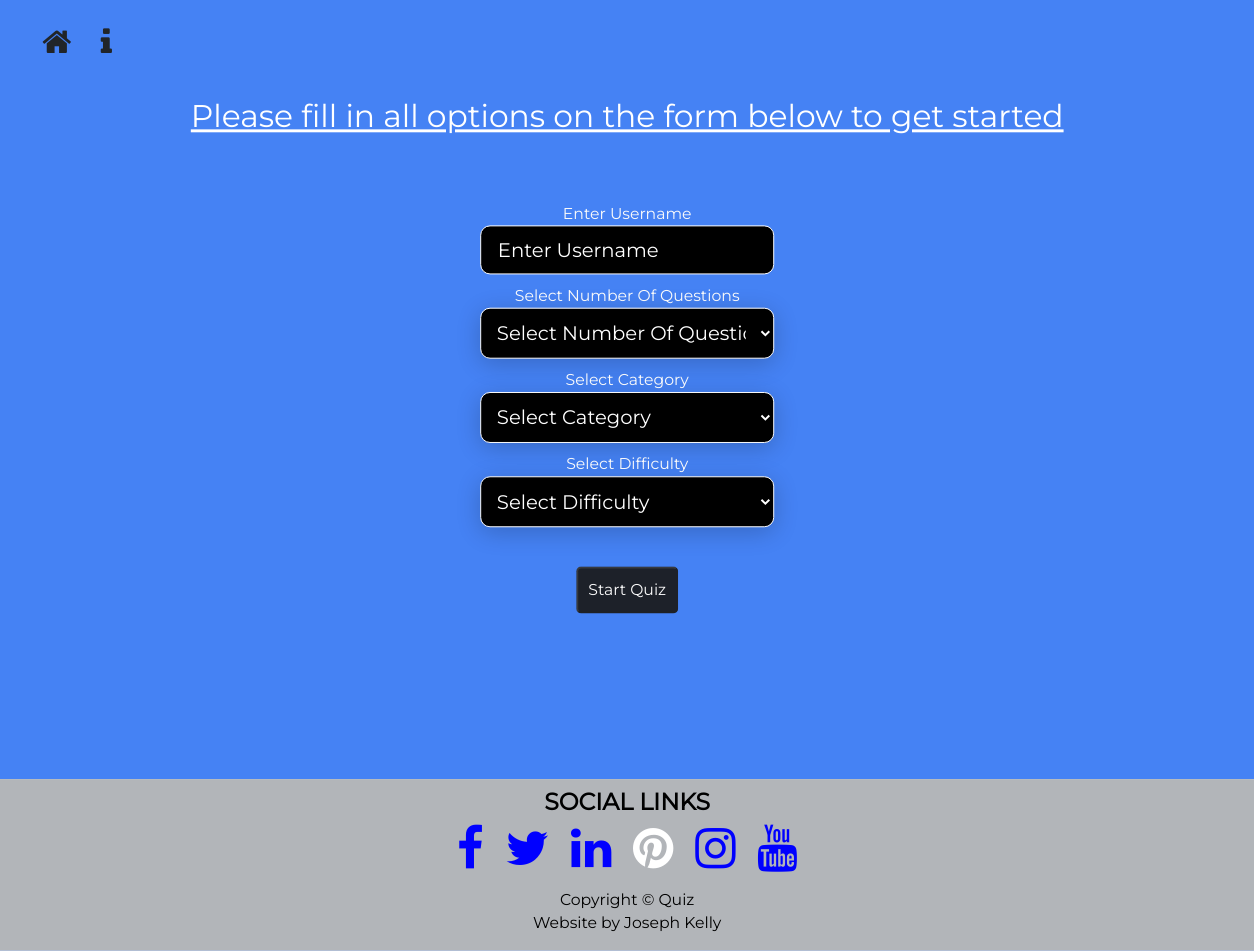
Repository: Code-Institute-Submissions/quiz-1
Page: load.html
The author's editor kept a record of every edit. The page is drawn from the files as they stood at one moment, then again after the next edit.
The browser window is 1280 px wide. The pictures show the whole page, at 98% of full size.

Above is the page before.

### load.html
<!DOCTYPE html>
<html lang="en">

<head>
    <meta charset="UTF-8">
    <meta name="viewport" content="width=device-width, initial-scale=1.0">
    <meta http-equiv="X-UA-Compatible" content="ie=edge">
    <link rel="stylesheet" href="https://stackpath.bootstrapcdn.com/bootstrap/4.4.1/css/bootstrap.min.css" type="text/css" />
    <link rel="stylesheet" href="https://stackpath.bootstrapcdn.com/font-awesome/4.7.0/css/font-awesome.min.css" type="text/css" />
    <link href="https://fonts.googleapis.com/css2?family=Montserrat&display=swap" rel="stylesheet">
    <link rel="stylesheet" href="assets/css/style.css" type="text/css" />
    <script src="https://cdnjs.cloudflare.com/ajax/libs/jquery/3.5.0/jquery.min.js" integrity="sha256-xNzN2a4ltkB44Mc/Jz3pT4iU1cmeR0FkXs4pru/JxaQ=" crossorigin="anonymous"></script>
    <script src="assets/js/load.js"></script>
    <script src="assets/js/buttons.js"></script>
    <script src="assets/js/modal-timer.js"></script>
    <script src="assets/js/api-value.js"></script>
    <title>Quiz Time</title>
</head>

<body>
    <div class="container-fluid background-load">
        <div>
            <div class="container-fluid buttons">
                <!-- button that takes user to homepage -->
                <button class="btn" onclick="home()"><i class="fa fa-home fa-2x"></i></button>
                <!-- button that displays instructions modal -->
                <button class="btn" data-toggle="modal" data-target="#instructions"><i class="fa fa-info fa-2x"></i></button>
            </div>
            <div class="modal fade" id="instructions" tabindex="-1" role="dialog" aria-hidden="true">
                <div class="modal-dialog modal-dialog-centered" role="document">
                    <div class="modal-content">
                        <div class="modal-header">
                            <h2 class="modal-title" id="exampleModalLongTitle">Instructions</h2>
                        </div>
                        <div class="modal-body">
                            <!-- paragraph with instructions -->
                            <p> Quiz time is a simple multiple choice quiz. When the quiz page is loaded the question will be displayed at the top and the 4 choices will
                                be displayed below. The restart button will restart the quiz with different questions but the same category and difficulty. When you think you have the correct answer click the corresponding button and if it's correct a green tick will pop up,
                                and a red x will be displayed if it's incorrect. After answering  the question click on the next button to go to the next question, you have to answer the current
                                question before the next one can be displayed. There is a time limit, depending on how many questions you choose (1 minute per 5 questions) and the game will end
                                when the timer runs out.
                            </p>
                        </div>
                        <div class="modal-footer">
                            <!-- button that closes modal -->
                            <button type="button" class="btn btn-primary" data-dismiss="modal">Close</button>
                        </div>
                    </div>
                </div>
            </div>
            <div>
                <h2 class="form-heading">Please fill in all options on the form below to get started</h2>
            </div>
            <form class="option-select">
                <div class="box">
                    <!-- text input for username -->
                    <p class="prompt">Enter Username</p>
                    <input type="text" name="username" id="username" placeholder="Enter Username" class="username" oninput="getUsername()" required/>
                </div>
                <div class="box">
                    <!-- dropdown list where user selects the number of questions -->
                    <p class="prompt">Select Number Of Questions</p>
                    <select class="select-amount" id="amount" required onchange="apiValues(); formCompletion()">
                        <option value="" data-amount="0" disabled selected hidden>Select Number Of Questions</option>
                        <option data-amount="5">5</option>
                        <option data-amount="10">10</option>
                        <option data-amount="15">15</option>
                        <option data-amount="20">20</option>
                    </select>
                </div>
                <div class="box">
                    <!-- dropdown list where user chooses category -->
                    <p class="prompt">Select Category</p>
                    <select class="select-category" id="category" required onchange="apiValues(); formCompletion()">
                        <option value="" data-category="0" disabled selected hidden>Select Category</option>
                        <option data-category="9">General Knowledge</option>
                        <option data-category="10">Books</option>
                        <option data-category="11">Films</option>
                        <option data-category="12">Music</option>
                        <option data-category="13">Musicals</option>
                        <option data-category="14">Television</option>
                        <option data-category="15">Video Games</option>
                        <option data-category="16">Board Games</option>
                        <option data-category="17">Science & Nature</option>
                        <option data-category="18">Computers</option>
                        <option data-category="19">Mathematics</option>
                        <option data-category="20">Mythology</option>
                        <option data-category="21">Sports</option>
                        <option data-category="22">Geography</option>
                        <option data-category="23">History</option>
                        <option data-category="24">Politics</option>
                        <option data-category="25">Art</option>
                        <option data-category="26">Celebrities</option>
                        <option data-category="27">Animals</option>
                        <option data-category="28">Vehicles</option>
                    </select>
                </div>
                <div class="box">
                    <!-- dropdown list where user selects difficulty -->
                    <p class="prompt">Select Difficulty</p>
                    <select class="select-difficulty" id="difficulty" required onchange="apiValues(); formCompletion()">
                        <option value="" data-difficulty="0" disabled selected hidden>Select Difficulty</option>
                        <option data-difficulty="easy">Easy</option>
                        <option data-difficulty="medium">Medium</option>
                        <option data-difficulty="hard">Hard</option>
                    </select>
                </div>
                <!-- button that starts quiz -->
                <div class="container-fluid load">
                    <button type="button" onclick="timeDelay(); timer()" id="start-button" class="start-button" data-toggle="modal" disabled="disabled" data-target="#countdown-modal">
                      Start Quiz
                    </button>
                </div>
            </form>
        </div>
        <!-- modal that pops up after start button is clicked -->
        <div class="modal fade" id="countdown-modal" tabindex="-1" role="dialog" aria-hidden="true">
            <div class="modal-dialog modal-dialog-centered" role="document">
                <div class="modal-content">
                    <div class="modal-header">
                        <h3>Quiz Starts in</h3>
                    </div>
                    <div class="modal-body">
                        <div class="countdown">
                            <div class="square">
                                    <!-- where the modal timer is displayed -->
                                <div class="digits" id="cd-sec">5</div>
                            </div>
                        </div>
                    </div>
                </div>
            </div>
        </div>
    </div>
    <footer class="container-fluid">
        <div id="footer-details" class="row">
            <div class="col-sm">
                <h4 class="uppercase footer-info">Social Links</h4>
                <ul class="list-inline social-links">
                    <li class="list-inline-item">
                        <a target="_blank" href="#">
                            <i class="fa fa-facebook fa-3x icon" aria-hidden="true"></i>
                            <span class="sr-only">Facebook</span>
                        </a>
                    </li>
                    <li class="list-inline-item">
                        <a target="_blank" href="#">
                            <i class="fa fa-twitter fa-3x icon"  aria-hidden="true"></i>
                            <span class="sr-only">Twitter</span>
                        </a>
                    </li>
                    <li class="list-inline-item">
                        <a target="_blank" href="#">
                            <i class="fa fa-linkedin fa-3x icon"  aria-hidden="true"></i>
                            <span class="sr-only">LinkedIn</span>
                        </a>
                    </li>
                    <li class="list-inline-item">
                        <a target="_blank" href="#">
                            <i class="fa fa-pinterest fa-3x"  aria-hidden="true"></i>
                            <span class="sr-only">pinterest</span>
                        </a>
                    </li>
                    <li class="list-inline-item">
                        <a target="_blank" href="#">
                            <i class="fa fa-instagram fa-3x icon"  aria-hidden="true"></i>
                            <span class="sr-only">Instagram</span>
                        </a>
                    </li>
                    <li class="list-inline-item">
                        <a target="_blank" href="#">
                            <i class="fa fa-youtube fa-3x icon"  aria-hidden="true"></i>
                            <span class="sr-only">Youtube</span>
                        </a>
                    </li>
                </ul>
                <div class="copyright">
                    <p>Copyright &#169; Quiz<br>Website by Joseph Kelly</p>
                </div>
            </div>
        </div>
    </footer>
    <script src="https://code.jquery.com/jquery-3.3.1.slim.min.js" integrity="sha384-q8i/X+965DzO0rT7abK41JStQIAqVgRVzpbzo5smXKp4YfRvH+8abtTE1Pi6jizo" crossorigin="anonymous"></script>
    <script src="https://cdnjs.cloudflare.com/ajax/libs/popper.js/1.14.7/umd/popper.min.js" integrity="sha384-UO2eT0CpHqdSJQ6hJty5KVphtPhzWj9WO1clHTMGa3JDZwrnQq4sF86dIHNDz0W1" crossorigin="anonymous"></script>
    <script src="https://stackpath.bootstrapcdn.com/bootstrap/4.3.1/js/bootstrap.min.js" integrity="sha384-JjSmVgyd0p3pXB1rRibZUAYoIIy6OrQ6VrjIEaFf/nJGzIxFDsf4x0xIM+B07jRM" crossorigin="anonymous"></script>
</body>

</html>

### assets/css/style.css
body {
  font-family: 'Montserrat', sans-serif;
}

a {
  color: white;
  text-decoration: none !important;
}

a:visited {
  color: white;
}

a:hover {
  color: white;
}

a:active {
  color: white;
}

/*--------------------------- home --------------- */

.home {
  background-color: #4582F4;
  height: 815px;
}

.background-load {
  background-color: #4582F4;
  height: 795px;
}

.background-quiz {
  background-color: #4582F4;
  height: 795px;
}

.background-leaderboard {
  background-color: #4582F4;
  height: 795px;
}

.info {
  font-family: 'Montserrat', sans-serif;
  text-align: center;
  padding-top: 40px;
  width: 70%;
  margin: auto;
  color: white;
}

.load {
  display: flex;
  justify-content: center;
  align-items: center;
  padding-top: 40px;
  padding-bottom: 40px;
}

.load-button {
  background-color: #1D2129;
  text-decoration: none;
  color: #fafafa;
  padding: 10px;
  border-radius: 5px;
}

/*--------------------------- animation --------------- */

.quiz-time {
  text-align: center;
  padding-top: 150px;
  width: 100vw;
  font-family: 'Montserrat', sans-serif;
  display: flex;
  justify-content: center;
  align-items: center;
  margin: -20px;
}

.animation span {
  position: relative;
  top: 20px;
  display: inline-block;
  animation: bounce 0.3s ease infinite alternate;
  font-size: 100px;
  color: #fff;
  text-shadow: 0 1px 0 #ccc, 0 2px 0 #ccc, 0 3px 0 #ccc, 0 4px 0 #ccc,
  0 5px 0 #ccc, 0 6px 0 transparent, 0 7px 0 transparent, 0 8px 0 transparent,
  0 9px 0 transparent, 0 10px 10px rgba(0, 0, 0, 0.4);
}

.animation span:nth-child(2) {
  animation-delay: 0.1s;
}

.animation span:nth-child(3) {
  animation-delay: 0.2s;
}

.animation span:nth-child(4) {
  animation-delay: 0.3s;
}

.animation span:nth-child(5) {
  animation-delay: 0.4s;
}

.animation span:nth-child(6) {
  animation-delay: 0.5s;
}

.animation span:nth-child(7) {
  animation-delay: 0.6s;
}

.animation span:nth-child(8) {
  animation-delay: 0.2s;
}

.animation span:nth-child(9) {
  animation-delay: 0.3s;
}

.animation span:nth-child(10) {
  animation-delay: 0.4s;
}

.animation span:nth-child(11) {
  animation-delay: 0.5s;
}

.animation span:nth-child(12) {
  animation-delay: 0.6s;
}

.animation span:nth-child(13) {
  animation-delay: 0.7s;
}

.animation span:nth-child(14) {
  animation-delay: 0.8s;
}

/* ANIMATION */

@-webkit-keyframes bounce {
  100% {
    top: -20px;
    text-shadow: 0 1px 0 #ccc, 0 2px 0 #ccc, 0 3px 0 #ccc, 0 4px 0 #ccc,
    0 5px 0 #ccc, 0 6px 0 #ccc, 0 7px 0 #ccc, 0 8px 0 #ccc, 0 9px 0 #ccc,
    0 50px 25px rgba(0, 0, 0, 0.2);
  }
}

/*--------------------------- footer --------------- */

footer {
  color: #fafafa;
  padding-top: 10px;
  background-color: #B2B5B9;
  display: inline-block;
  position: relative;
}

.footer-info {
  font-weight: bold;
  text-align: center;
  color: #000000;
}

.list-inline-item {
  margin-left: 10px;
  margin-right: 10px;
}

.uppercase {
  text-transform: uppercase;
}

.social-links {
  text-align: center;
  color: #000000;
}

.copyright {
  text-align: center;
  color: #000000;
}

.icon {
  color: blue;
}

/*--------------------------- Quiz Loading --------------- */

.prompt {
  text-align: center;
  color: #fafafa;
  margin-bottom: 0;
  padding-top: 10px;
}

.start-button {
  background-color: #1D2129;
  text-decoration: none;
  color: #fafafa;
  padding: 10px;
  border-radius: 5px;
}

.form-heading {
  padding-top: 100px;
  text-align: center;
  color: white;
  text-decoration: underline;
}

.option-select {
  display: block;
  margin-right: auto;
  margin-left: auto;
  padding-top: 50px;
}

::placeholder {
  color: white;
  padding-left: 15px;
  font-size: 20px;
}

.username {
  width: 300px;
  display: block;
  margin-left: auto;
  margin-right: auto;
  height: 50px;
  color: white;
  font-size: 20px;
  background-color: #000000;
  border: solid 1px;
  border-radius: 10px;
  border-color: white;
}

.box select {
  background-color: #000000;
  margin-left: auto;
  margin-right: auto;
  color: white;
  padding: 12px;
  width: 300px;
  border: solid 1px;
  border-radius: 10px;
  font-size: 20px;
  box-shadow: 0 5px 25px rgba(0, 0, 0, 0.2);
  outline: none;
  display: block;
}

.box:hover::before {
  color: rgba(255, 255, 255, 0.6);
  background-color: rgba(255, 255, 255, 0.2);
}

/*--------------------------- quiz timer --------------- */

.modal-header {
  margin-left: auto;
  margin-right: auto;
}

.countdown {
  margin: 0 auto;
  max-width: 350px;
  background: #ff0000;
  font-family: Impact, Charcoal, sans-serif;
  text-align: center;
}

.countdown .header {
  color: #c61d1d;
  text-align: center;
  font-weight: normal;
  margin: 5px 0 10px 0;
}

.countdown .square {
  display: inline-block;
  padding: 10px;
  margin: 5px;
}

.countdown .digits {
  font-size: 24px;
  background: #fff;
  color: #000;
  padding: 20px 10px;
  border-radius: 5px;
}

.countdown .text {
  margin-top: 10px;
  color: #ddd;
}

/*--------------------------- quiz page --------------- */

.carousel-control-next {
  position: absolute;
  height: 224px;
  align-items: flex-end;
}

.finish {
  width: 30%;
  margin-left: auto;
  margin-right: auto;
  display: block;
  text-align: center;
}

.image-display {
  margin-bottom: 20px;
  height: auto;
  width: 350px;
  padding-left: 50px;
  margin-left: auto;
  margin-right: auto;
}

.buttons {
  margin-top: 20px;
  float: right;
}

.countdown-quiz {
  margin: 0 auto;
  max-width: 350px;
  background: #ff0000;
  font-family: Impact, Charcoal, sans-serif;
  text-align: center;
  clear: both;
}

.countdown-quiz .header {
  color: #c61d1d;
  text-align: center;
  font-weight: normal;
  margin: 5px 0 10px 0;
}

.countdown-quiz .square {
  display: inline-block;
  padding: 10px;
  margin: 5px;
}

.countdown-quiz .digits {
  font-size: 24px;
  background: #fff;
  color: #000;
  padding: 20px 10px;
  border-radius: 5px;
}

.countdown-quiz .text {
  margin-top: 10px;
  color: #ddd;
}

.carousel-item {
  height: auto;
}

.question {
  padding-top: 20px;
  text-align: center;
  color: white;
}

.answer {
  padding-top: 20px;
  text-align: left;
  margin: auto;
  width: 400px;
  color: white;
}

/*--------------------------- Leaderboard page --------------- */

.leaderboard-title {
  text-align: center;
  padding-top: 30px;
  width: 100%;
  margin-left: auto;
  margin-right: auto;
  font-weight: bold;
  padding-top: 80px;
  color: white;
}

table {
  margin-top: 30px;
  margin-left: auto;
  margin-right: auto;
  width: 70%;
}

table,
th,
td {
  border: solid 1px black;
  background-color: white;
  text-align: center;
  width: 30%;
}

#score-display {
  text-align: center;
  color: white;
  margin-top: 15px;
}

#footer-btns {
  text-align: center;
  margin-top: 10px;
  margin-bottom: 20px;
}

### assets/js/load.js
function formCompletion() {
    var total = $('select[required]').length;
    var selected = 0;

    //increments selected when the amount is picked
    if ($('#amount option:selected').data('amount') > 0) {
        selected++;
    }
    //increments selected when the category is picked
    if ($('#category option:selected').data('category') > 0) {
        selected++;
    }
    //increments selected when the difficulty is picked
    if ($('#difficulty option:selected').data('difficulty') === "easy" || $('#difficulty option:selected').data('difficulty') === "medium" || $('#difficulty option:selected').data('difficulty') === "hard") {
        selected++;
    }
    //removes disabled attribute when selected is equal to total
    if (selected == total) {
        document.getElementById("start-button").removeAttribute('disabled');
    }
}

### assets/js/buttons.js
var quizMusic;

//function for home button that takes user to home page
function home() {
    window.location.href = "index.html";
}

function restart() {
    location.reload();
}

// function that plays quiz music on quiz.html load
function playMusic() {
    quizMusic = new Audio('assets/audio/quiz-music.mp3');
    quizMusic.play();
}

// function that plays and stops quiz music
function mute() {
    if (document.getElementById("mute").value == "off") {
        document.getElementById("mute").value = "on";
        document.getElementById("mute-icon").className = "fa fa-volume-up fa-2x";
        quizMusic.play();
    }
    else if (document.getElementById("mute").value == "on") {
        document.getElementById("mute").value = "off";
        document.getElementById("mute-icon").className = "fa fa-volume-off fa-2x";
        quizMusic.pause();
    }
}

### assets/js/modal-timer.js
var counter = {};
function timer() {
  // COUNTDOWN IN SECONDS
  // EXAMPLE - 5 MINS = 5 X 60 = 300 SECS
  counter.end = 5;

  // Get the containers
  counter.sec = document.getElementById("cd-sec");

  // Start if not past end date
  if (counter.end > 0) {
    counter.ticker = setInterval(function(){
      // Stop if passed end time
      counter.end--;
      if (counter.end <= 0) {
        clearInterval(counter.ticker);
        counter.end = 0;
      }

      // Calculate remaining time
      var secs = counter.end;
      var mins  = Math.floor(secs / 60); // 1 min = 60 secs
      secs -= mins * 60;

      // Update HTML
      counter.sec.innerHTML = secs;
    }, 1000);
  }
}

### assets/js/api-value.js
var amount;
var category;
var difficulty;

 // gets api paramaters from dropdown list and saves them to session storage
function apiValues() {

    amount = $("#amount option:selected").data("amount");
    category = $("#category option:selected").data("category");
    difficulty = $("#difficulty option:selected").data("difficulty");
    // saves api parameters to session storage
    sessionStorage.setItem('amount', amount);
    sessionStorage.setItem('category', category);
    sessionStorage.setItem('difficulty', difficulty);
}

 //function that takes user to quiz page with a delay of seconds to let modal timer finish
function timeDelay() {
    setTimeout(function() {
        window.location.href = "quiz.html";
    }, 6000);
}

// gets the value of the user name and saves it to session storage to use in leaderboard.html
function getUsername() {
    var username = document.getElementById("username").value;
    localStorage.setItem("username", username);
}

After the next edit:
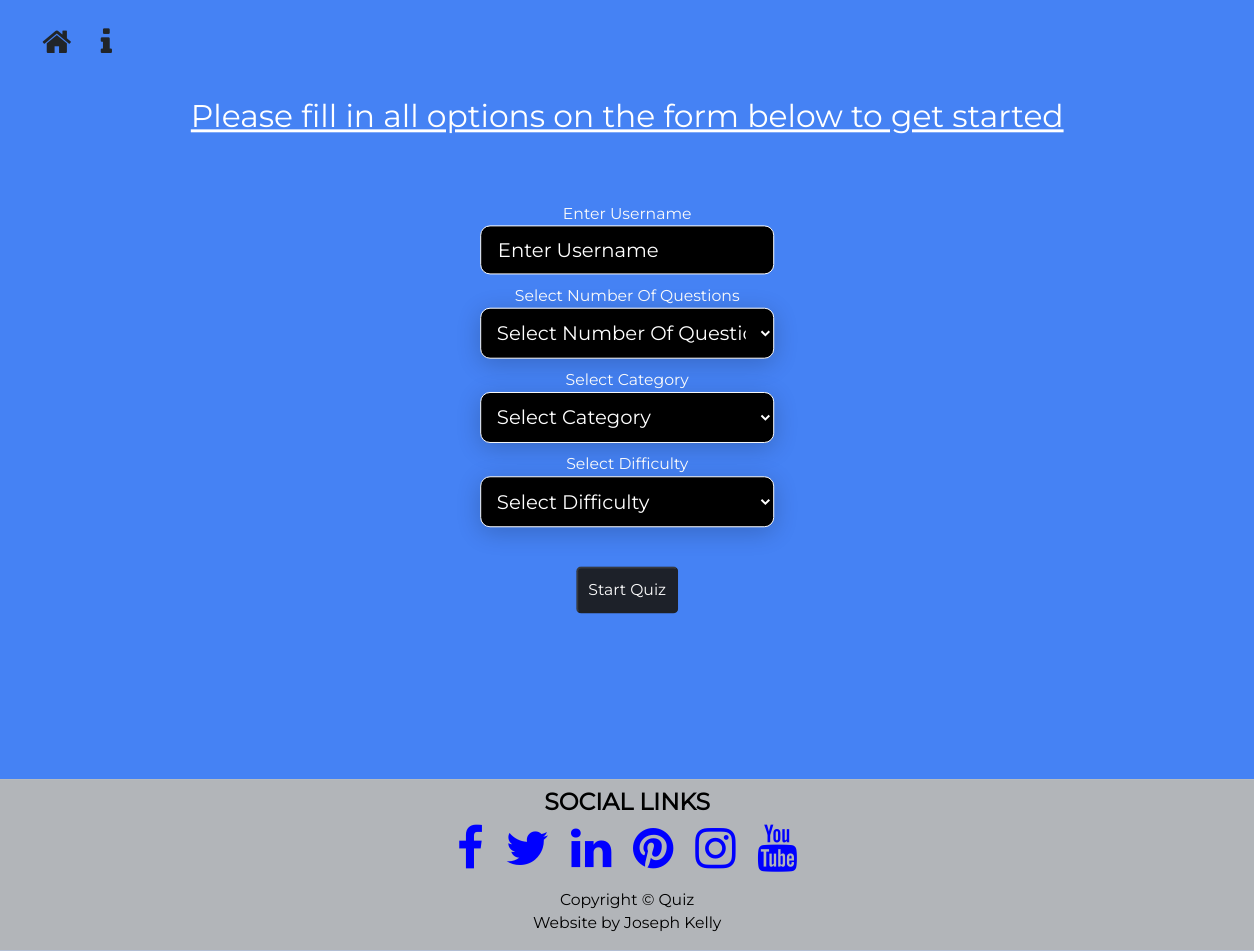
The edit:
--- a/load.html
+++ b/load.html
@@ -157,7 +157,7 @@
                     </li>
                     <li class="list-inline-item">
                         <a target="_blank" href="#">
-                            <i class="fa fa-pinterest fa-3x"  aria-hidden="true"></i>
+                            <i class="fa fa-pinterest fa-3x icon"  aria-hidden="true"></i>
                             <span class="sr-only">pinterest</span>
                         </a>
                     </li>
